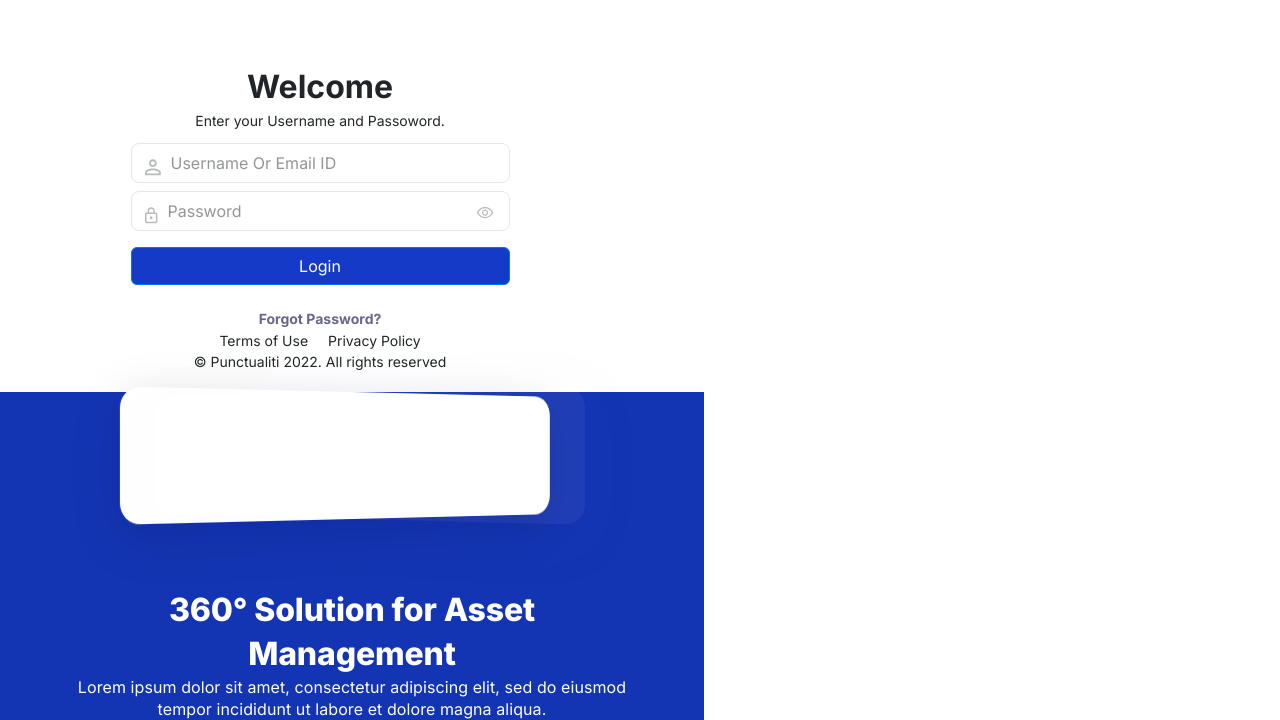
Repository: TauqeerHusain/Vouch-digital
Page: /
These files come from the project's save history. The page is drawn as it stood at one moment and after the next save; the edit follows.
The browser window is 1280 px wide. The pictures show the whole page.
The project was rebuilt for these pictures with package versions that can differ from the ones it lists, and the page was loaded fresh each time. Also part of the build but not shown: src/styles/Dashboard.css, src/Components/Dashboard/Aside.js, src/Components/Dashboard/Board.js, src/Components/Dashboard/index.js, src/styles/AddClintNav.css, src/Components/AddClint/AddClintNav.js, src/Components/CreateProfile/CrContent.js, src/Components/CreateProfile/index.js and 14 more.

Above is the page before, as saved 2023-03-15 15:21:57.

After the next save:
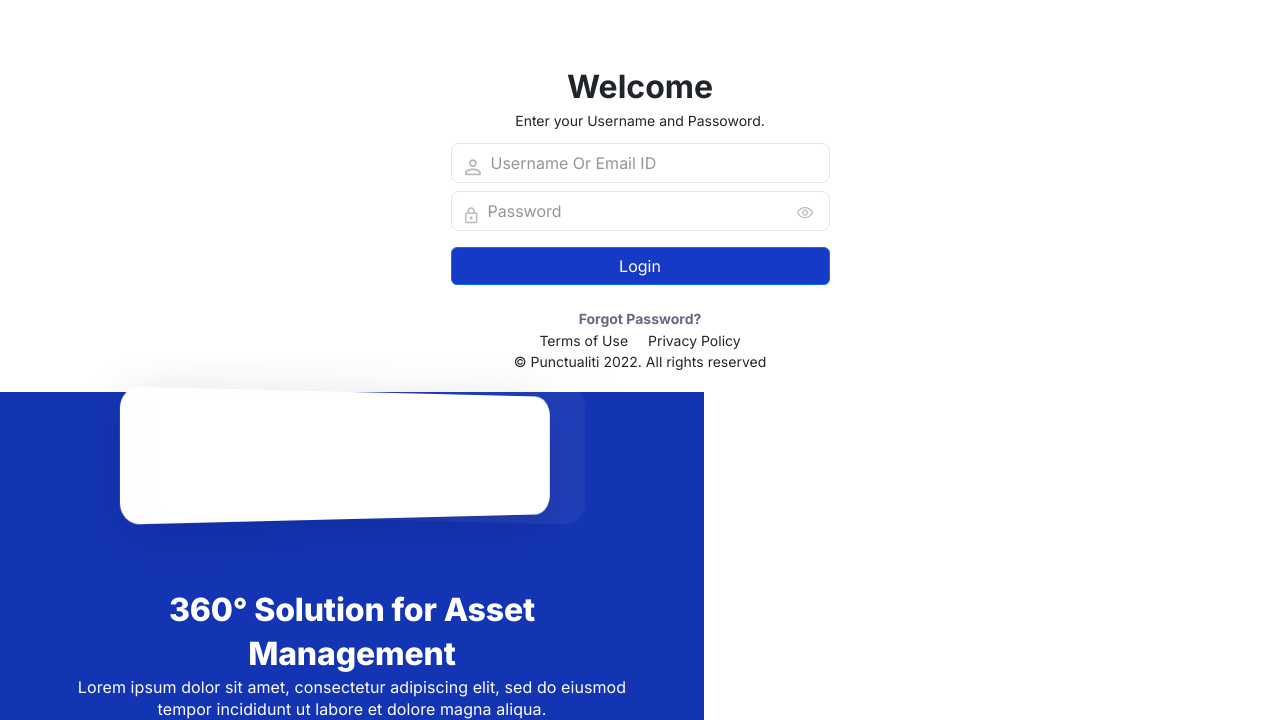
Saved 5 s later.
--- a/src/styles/LoginAct.css
+++ b/src/styles/LoginAct.css
@@ -7,7 +7,7 @@
 }
 
 .LoginAct-form {
-    width: 50%;
+    width: 500%;
     background: #fff;
     display: grid;
     place-items: center;
